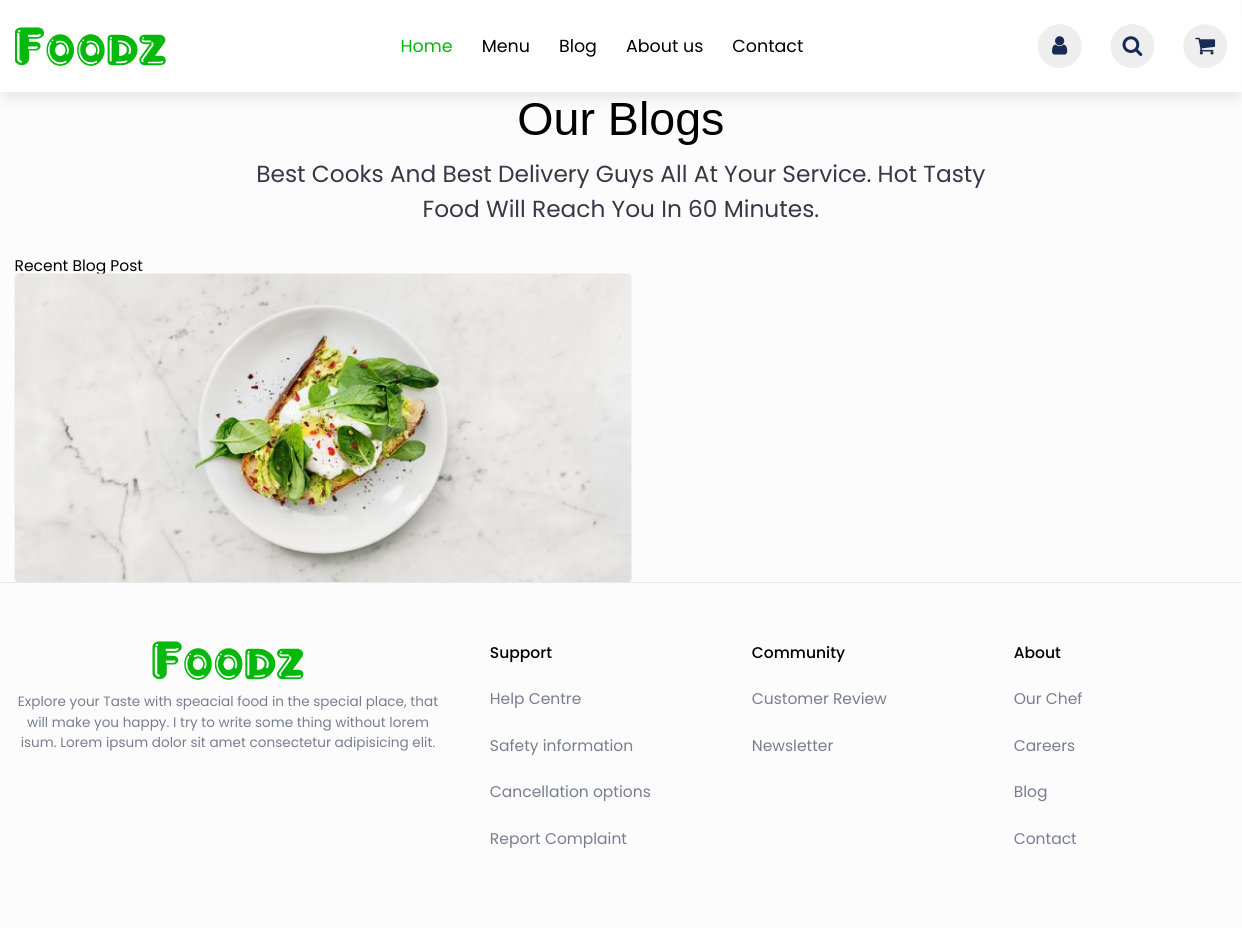
Repository: Toan3333/fooz
Page: assets/pages/blog.html
The author's editor kept a copy of each file at every save. The page is drawn from the files as they stood at one save, then again after the next save.
The browser window is 1280 px wide. The pictures show the whole page, at 97% of full size.
Some web fonts or font styles are not loaded; a fallback is used.

Above is the page before, as saved 2023-06-01 13:22:23.

After the next save:
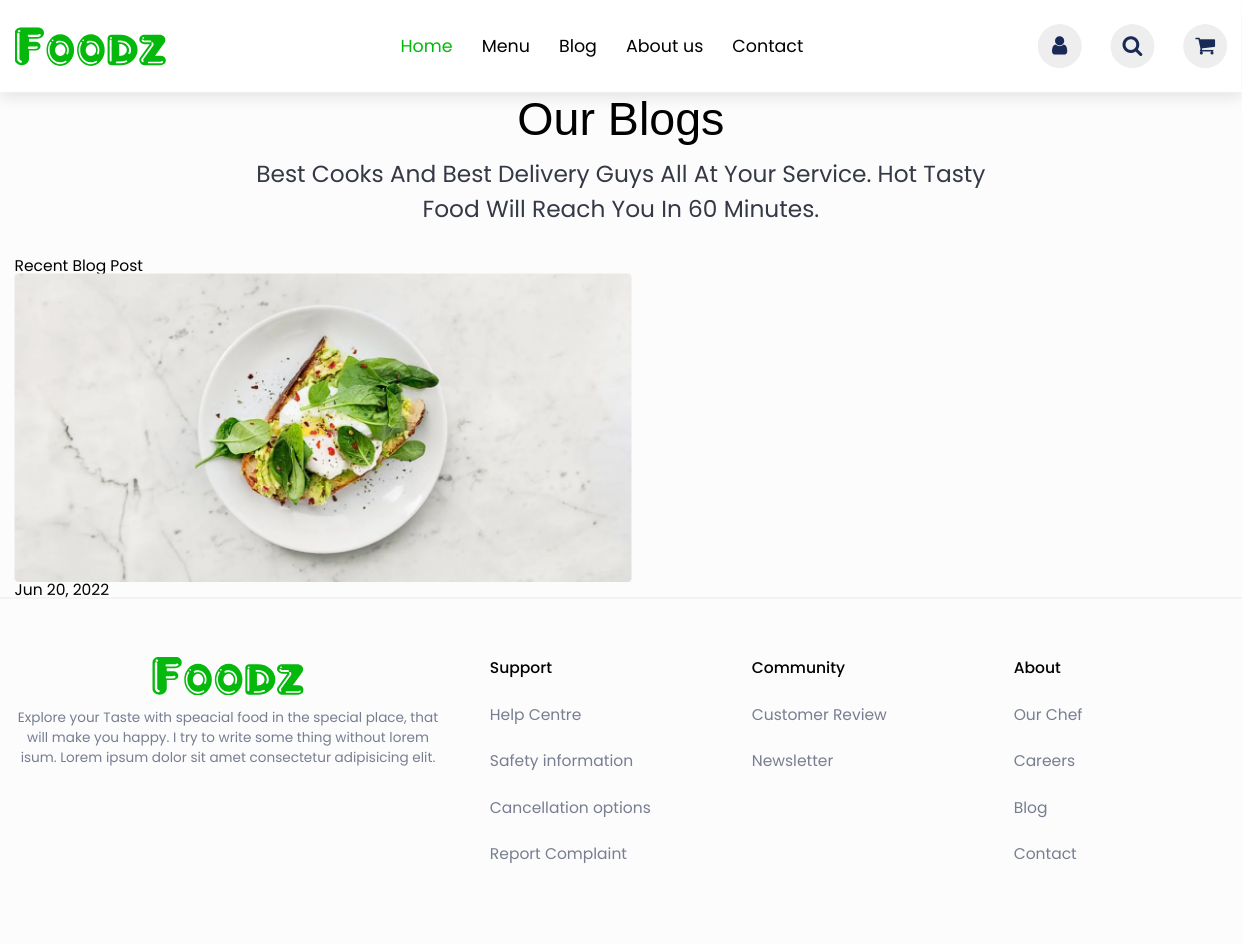
Saved 41 s later.
--- a/assets/pages/blog.html
+++ b/assets/pages/blog.html
@@ -81,6 +81,9 @@
               <div class="our-blog__image">
                 <img src="/assets/images/blog-4.png" alt="" />
               </div>
+              <div class="our-blog__content">
+                <div class="our-blog__date">Jun 20, 2022</div>
+              </div>
             </div>
           </div>
         </div>
